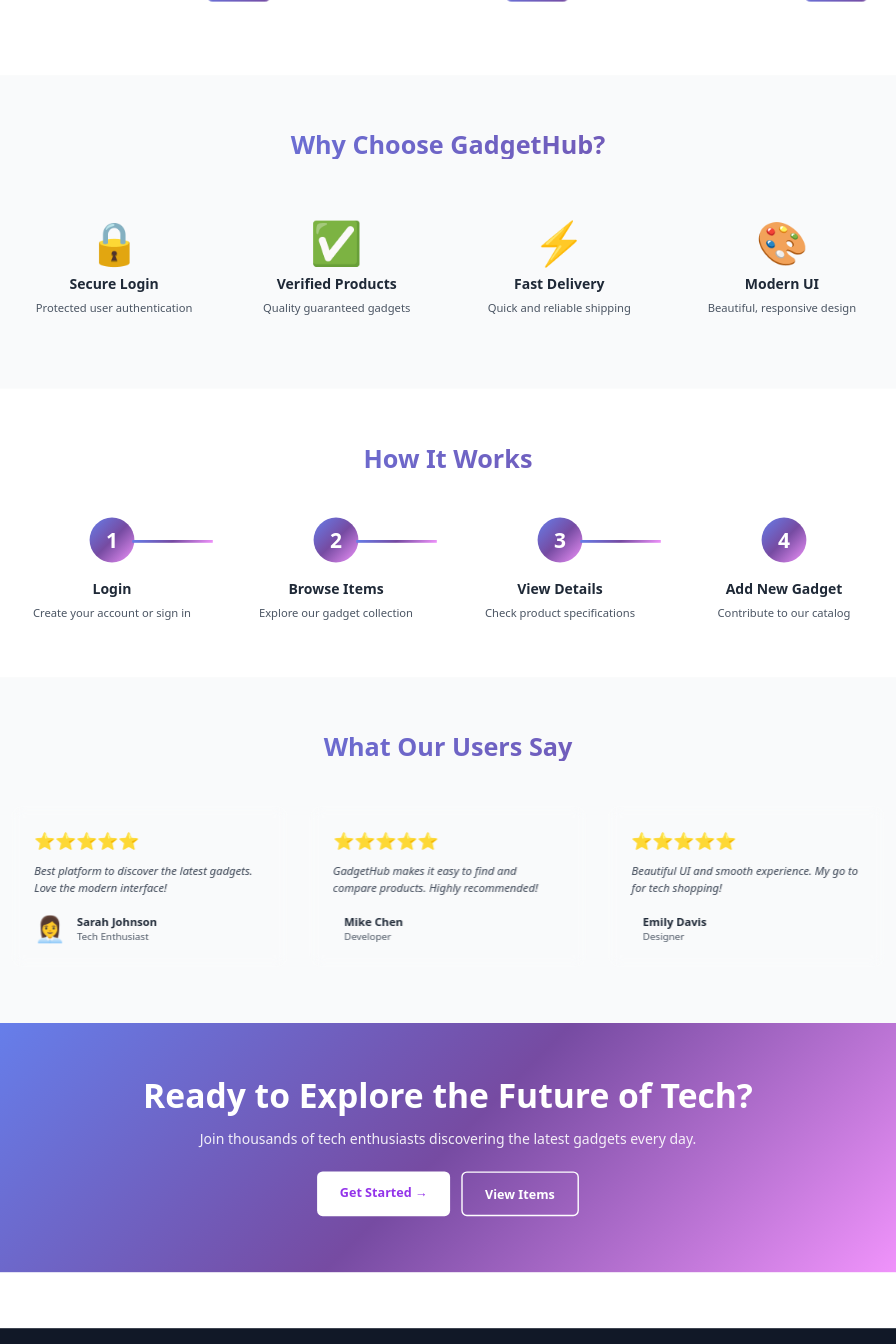
Repository: rajes124/Gadget-Next-js
Page: /
These files come from the project's save history. The page is drawn as it stood at one moment and after the next save; the edit follows.
The browser window is 1280 px wide. The pictures show the part of the page from y = 2019 to 3939 px (the page is 4229 px tall before and 4273 px after), at 70% of full size.
The project was rebuilt for these pictures with package versions that can differ from the ones it lists, and the page was loaded fresh each time. The framework's server and built-in components were replaced by stand-ins that run in the browser. Also part of the build but not shown: next.config.js.

Above is the page before, as saved 2026-01-18 11:55:50.

After the next save:
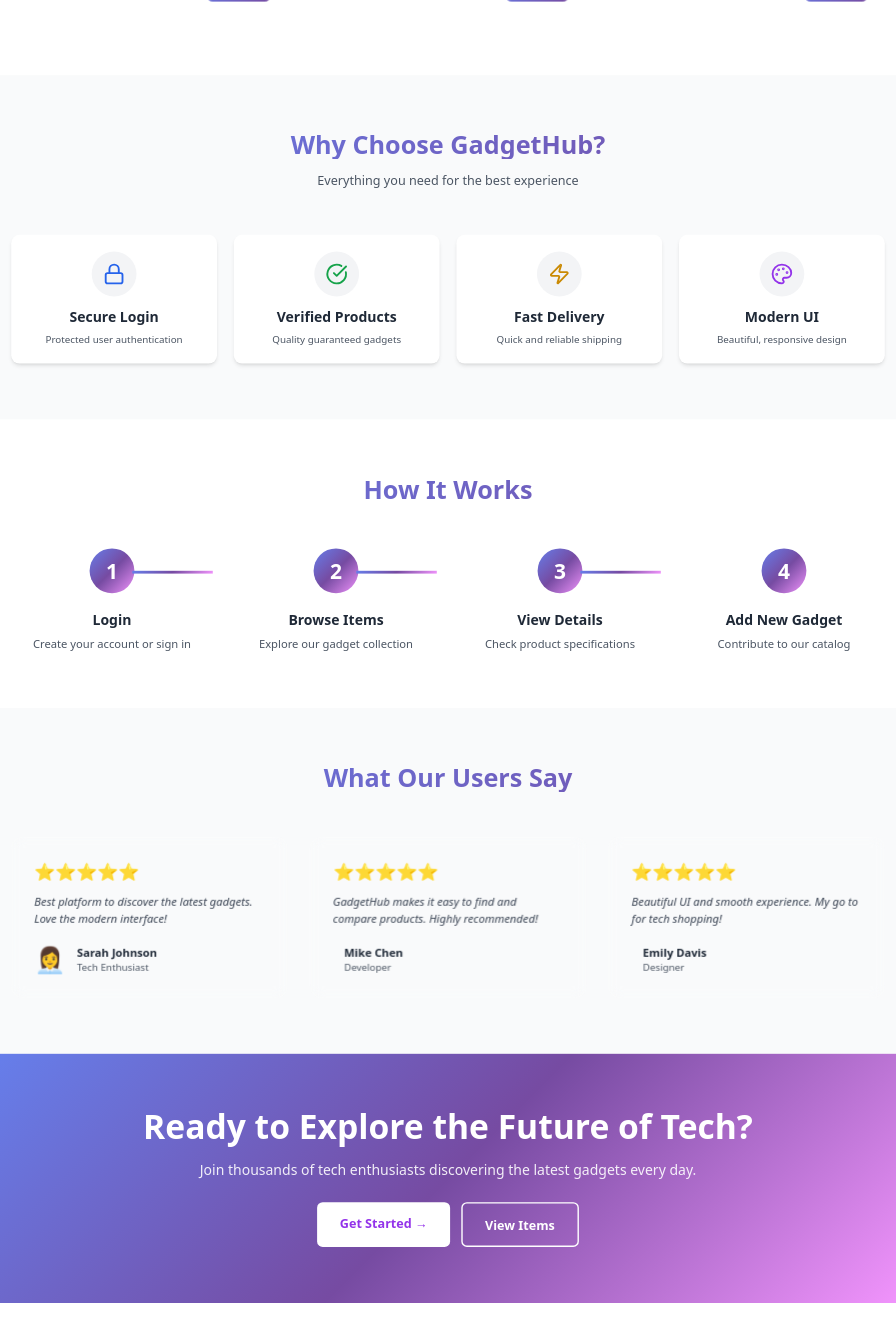
Saved 6 s later.
--- a/components/sections/WhyChooseSection.tsx
+++ b/components/sections/WhyChooseSection.tsx
@@ -1,25 +1,39 @@
 'use client';
+
+import { Lock, CheckCircle, Zap, Palette } from 'lucide-react';
 
 export default function WhyChooseSection() {
   const reasons = [
-    { icon: '🔒', title: 'Secure Login', description: 'Protected user authentication' },
-    { icon: '✅', title: 'Verified Products', description: 'Quality guaranteed gadgets' },
-    { icon: '⚡', title: 'Fast Delivery', description: 'Quick and reliable shipping' },
-    { icon: '🎨', title: 'Modern UI', description: 'Beautiful, responsive design' },
+    { icon: Lock, title: 'Secure Login', description: 'Protected user authentication', color: 'text-blue-600 dark:text-blue-400' },
+    { icon: CheckCircle, title: 'Verified Products', description: 'Quality guaranteed gadgets', color: 'text-green-600 dark:text-green-400' },
+    { icon: Zap, title: 'Fast Delivery', description: 'Quick and reliable shipping', color: 'text-yellow-600 dark:text-yellow-400' },
+    { icon: Palette, title: 'Modern UI', description: 'Beautiful, responsive design', color: 'text-purple-600 dark:text-purple-400' },
   ];
 
   return (
     <section className="py-20 px-4 bg-gray-50 dark:bg-slate-800">
       <div className="max-w-7xl mx-auto">
-        <h2 className="text-4xl font-bold text-center mb-16 gradient-text">Why Choose GadgetHub?</h2>
+        <div className="text-center mb-16 animate-fade-in">
+          <h2 className="text-4xl font-bold mb-4 gradient-text">Why Choose GadgetHub?</h2>
+          <p className="text-gray-600 dark:text-gray-400 text-lg">Everything you need for the best experience</p>
+        </div>
         <div className="grid md:grid-cols-4 gap-6">
-          {reasons.map((reason) => (
-            <div key={reason.title} className="text-center p-6">
-              <div className="text-6xl mb-4">{reason.icon}</div>
-              <h3 className="text-xl font-bold text-gray-800 dark:text-white mb-2">{reason.title}</h3>
-              <p className="text-gray-600 dark:text-gray-400">{reason.description}</p>
-            </div>
-          ))}
+          {reasons.map((reason, idx) => {
+            const IconComp = reason.icon;
+            return (
+              <div
+                key={reason.title}
+                className="text-center p-6 bg-white dark:bg-slate-700 rounded-xl shadow-md hover:shadow-xl transition-all duration-300 transform hover:scale-105 animate-slide-in-up"
+                style={{ animationDelay: `${idx * 0.1}s` }}
+              >
+                <div className={`w-16 h-16 rounded-full bg-gray-100 dark:bg-gray-600 flex items-center justify-center mx-auto mb-4 ${reason.color}`}>
+                  <IconComp className="w-8 h-8" />
+                </div>
+                <h3 className="text-xl font-bold text-gray-800 dark:text-white mb-2">{reason.title}</h3>
+                <p className="text-gray-600 dark:text-gray-400 text-sm">{reason.description}</p>
+              </div>
+            );
+          })}
         </div>
       </div>
     </section>
